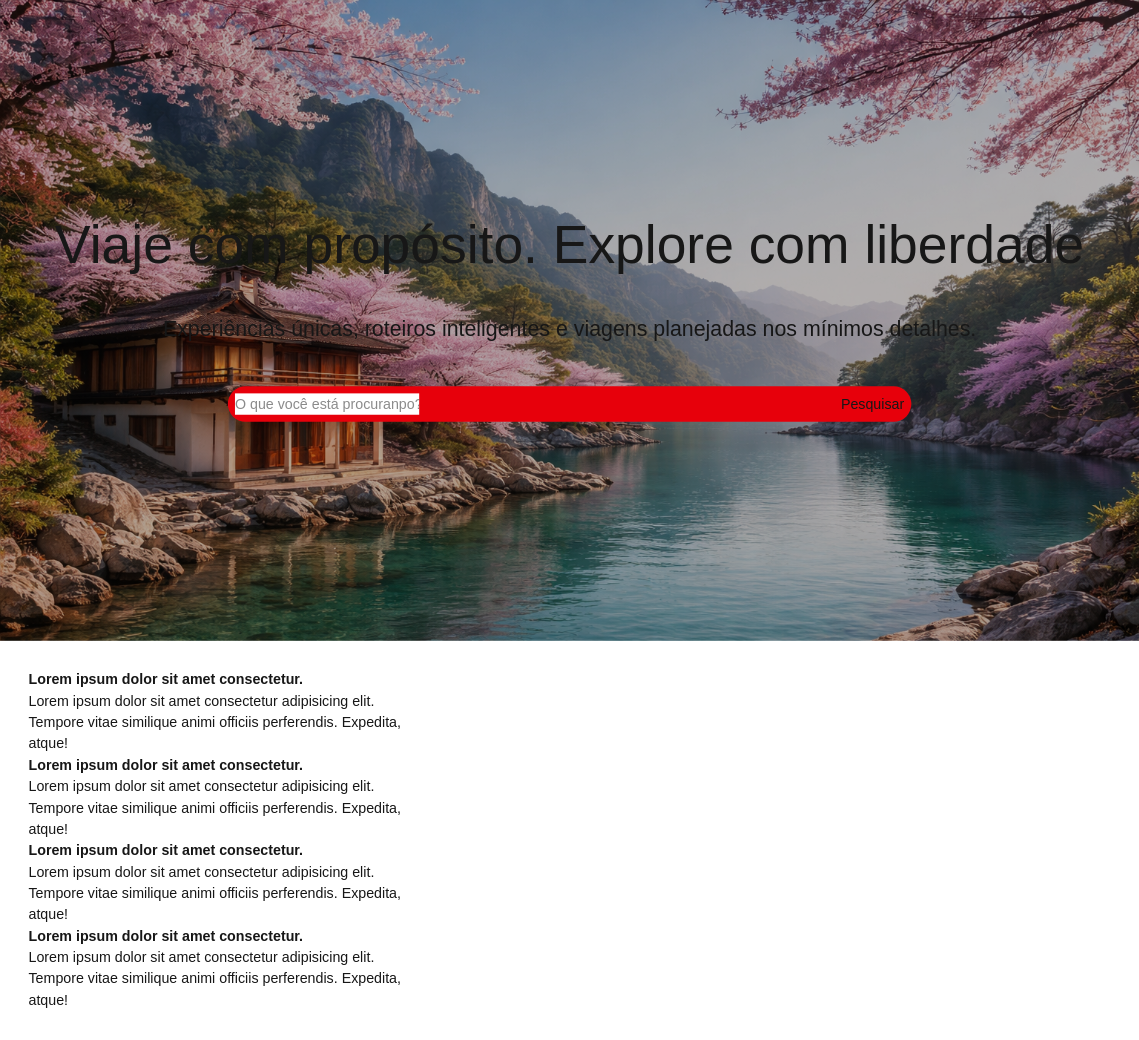
Repository: pedroantoniosi/tripicon-site
Page: /home
The author's editor kept a copy of each file at every save. The page is drawn from the files as they stood at one save, then again after a run of saves.
The browser window is 1280 px wide. The pictures show the whole page, at 89% of full size.
The project was rebuilt for these pictures with package versions that can differ from the ones it lists, and the page was loaded fresh each time. The framework's server and built-in components were replaced by stand-ins that run in the browser. Also part of the build but not shown: next.config.ts.

Above is the page before, as saved 2026-04-01 11:03:13.

### src/app/layout.tsx
import type { Metadata } from "next";
import { Geist, Geist_Mono } from "next/font/google";
import "./globals.css";

const geistSans = Geist({
  variable: "--font-geist-sans",
  subsets: ["latin"],
});

const geistMono = Geist_Mono({
  variable: "--font-geist-mono",
  subsets: ["latin"],
});

export const metadata: Metadata = {
  title: "Create Next App",
  description: "Generated by create next app",
};

export default function RootLayout({
  children,
}: Readonly<{
  children: React.ReactNode;
}>) {
  return (
    <html
      lang="en"
      className={`${geistSans.variable} ${geistMono.variable} h-full antialiased`}
    >
      <body className="min-h-full flex flex-col">{children}</body>
    </html>
  );
}

### src/app/home/page.tsx
import styles from "./page.module.css";
import Searchbar from "@/components/searchbar/searchbar";

export default function Home() {
  return (
    <>
      <div className={styles.heroContainer}>
        <div className={`${styles.heroCaption} col gap-2`}>
          <h1 className="text-6xl text-center">
            {" "}
            Viaje com propósito. Explore com liberdade
          </h1>
          <p className="text-2xl text-center m-[3rem]">
            Experiências únicas, roteiros inteligentes e viagens planejadas nos
            mínimos detalhes.
          </p>
          <Searchbar />
        </div>
      </div>
      <div className="rid grid-cols-1 gap-2 p-[2rem]">
        {Array.from({ length: 4 }).map((_, index) => (
          <div key={index} className="card">
            <img src="" alt="" />
            <div className="caption">
              <h2 className="font-bold font">
                Lorem ipsum dolor sit amet consectetur.
              </h2>
              <p className="max-w-[450px]">
                Lorem ipsum dolor sit amet consectetur adipisicing elit. Tempore
                vitae similique animi officiis perferendis. Expedita, atque!
              </p>
            </div>
          </div>
        ))}
      </div>
    </>
  );
}

### src/app/globals.css
@import "tailwindcss";
@tailwind base;
@tailwind components;
@tailwind utilities;

:root {
  --background: #ffffff;
  --foreground: #171717;
}

@media (prefers-color-scheme: dark) {
  :root {
    --background: #0a0a0a;
    --foreground: #ededed;
  }
}

body {
  background: var(--background);
  color: var(--foreground);
  font-family: Arial, Helvetica, sans-serif;
}

### src/app/home/page.module.css
.heroContainer {
    padding: 1rem;
    position: relative;
    display: grid;
    place-items: center;
    z-index: 1;
    min-height: 50svh;

    &::after {
        content: ' ';
        position: absolute;
        width: 100%;
        height: 100%;
        left: 0;
        bottom: 0;
        background-image: url('/images/banner.png');
        background-size: cover;
        z-index: -1;
        filter: brightness(70%);
    }

    & .heroTitle {
        max-width: 1024px;
        text-align: center;
    }
}


@media (min-width: 1024px) {
    .heroContainer {
        padding: 2rem;
        min-height: 100vh;
    }

    .heroContainer .heroTitle {
        max-width: 1200px;
    }
}

### src/components/searchbar/searchbar.tsx
export default function searchbar() {
  return (
    <>
      <div className="p-[.5rem] bg-red-600 rounded-full flex justify-between m-auto max-w-[768px]">
        <input
          className="bg-white"
          type="text"
          placeholder="O que você está procuranpo?"
        />
        <button>Pesquisar</button>
      </div>
    </>
  );
}

After the next 2 saves:
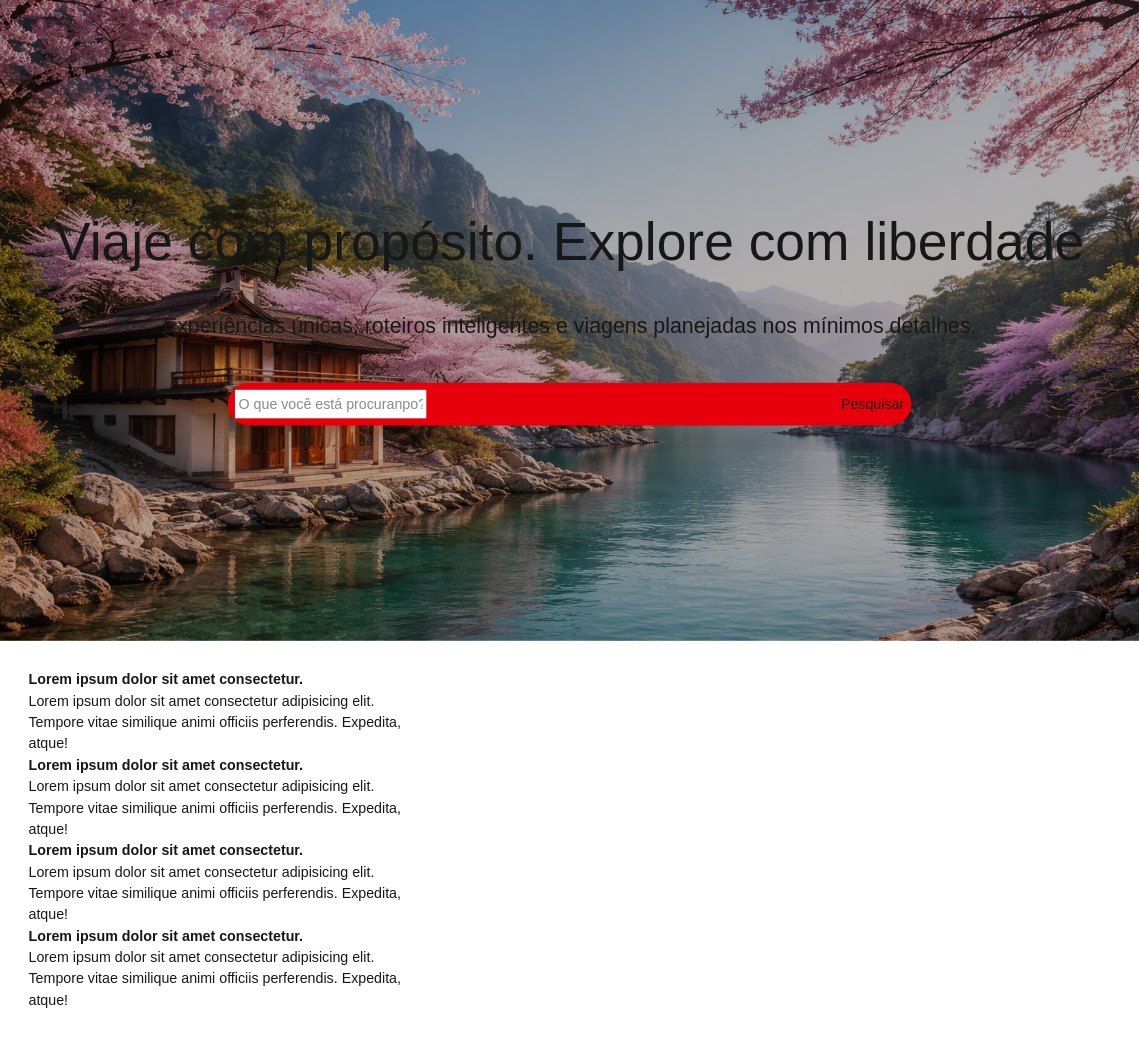
The 2 saves are shown as one change because they came seconds apart.
The last was saved 16 s later.
--- a/src/components/searchbar/searchbar.tsx
+++ b/src/components/searchbar/searchbar.tsx
@@ -3,7 +3,7 @@ export default function searchbar() {
     <>
       <div className="p-[.5rem] bg-red-600 rounded-full flex justify-between m-auto max-w-[768px]">
         <input
-          className="bg-white"
+          className="bg-white p-1"
           type="text"
           placeholder="O que você está procuranpo?"
         />
